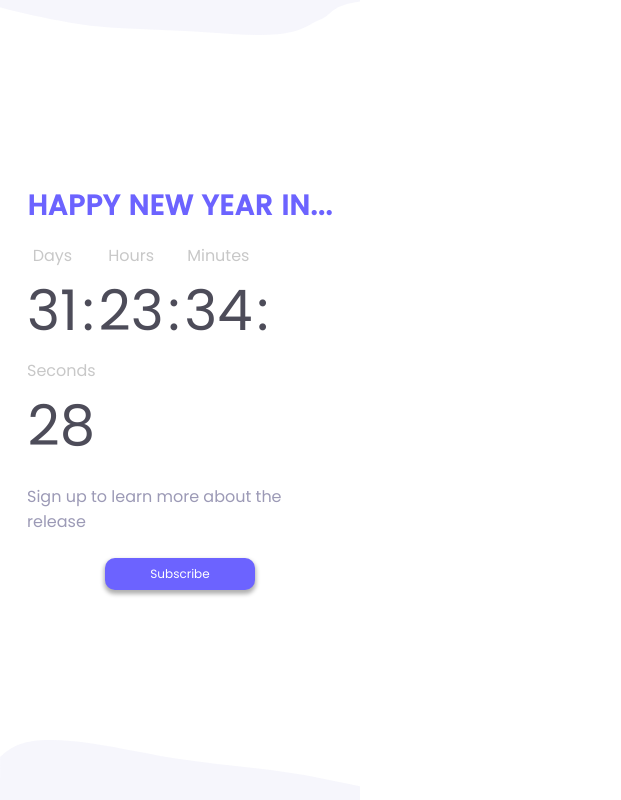
Repository: BrunoBross/countdown
Page: index.html
The author's editor kept a copy of each file at every save. The page is drawn from the files as they stood at one save, then again after the next save.
The browser window is 360 px wide. The page is 360 px wide, then 621 px, then 360 px, so the pictures cover 621 px, including what lies to the right of the window. The pictures show the whole page.

Above is the page before, as saved 2021-11-30 01:35:22.

### index.html
<!DOCTYPE html>
<html lang="en">
<head>
  <meta charset="UTF-8">
  <meta http-equiv="X-UA-Compatible" content="IE=edge">
  <meta name="viewport" content="width=device-width, initial-scale=1.0">
  <link rel="shortcut icon" href="assets/rocket.svg" type="image/x-icon" />
  <title>Countdown</title>
  <link rel="stylesheet" href="./style.css">
  <link rel="preconnect" href="https://fonts.googleapis.com">
  <link rel="preconnect" href="https://fonts.gstatic.com" crossorigin>
  <link href="https://fonts.googleapis.com/css2?family=Poppins:wght@300;400;500&display=swap" rel="stylesheet">
</head>
<body>
  <div class="background">
    <img class="image" id="top" src="./assets/top-image.svg" alt="">
    <div class="center">
      <div class="content">
        <h1>HAPPY NEW YEAR IN...</h1>
        <div class="clock">
          <div class="time" id="days">
            <p>Days</p>
            <h1>00</h1>
          </div>
          <div class="time"><h1>:</h1></div>
          <div class="time" id="hours">
            <p>Hours</p>
            <h1>00</h1>
          </div>
          <div class="time"><h1>:</h1></div>
          <div class="time" id="minutes">
            <p>Minutes</p>
            <h1>00</h1>
          </div>
          <div class="time"><h1>:</h1></div>
          <div class="time" id="seconds">
            <p>Seconds</p>
            <h1>00</h1>
          </div>
        </div>
        <p>Sign up to learn more about the release</p>
        <button class="subscribe">Subscribe</button>
      </div>
      <img id="rocket" src="./assets/rocket.svg" alt="">
    </div>
    <img class="image" id="bottom" src="./assets/bottom-image.svg" alt="">
  </div>
</body>

<script src="./script.js"></script>
</html>

### style.css
*{
  padding: 0;
  margin: 0;
}

body{
  background-color: #FFF;
}

.background{
  height: 100vh;
  display: flex;
  flex-direction: column;
  justify-content: space-between;
}

.center{
  padding: 0 4vw;
  display: flex;
  justify-content: space-between;
  flex-wrap: wrap;
  width: 100vw;
}

.image{
  width: 100vw;
}

.clock{
  margin: 2vh 0;
  display: flex;
  gap: 1.2vw;
  align-items: flex-end;
  flex-wrap: wrap;
}

.time{
  display: flex;
  flex-direction: column;
  justify-content: center;
  align-items: center;
}

.time > p{
  font-family: 'Poppins', 'sans-serif';
  color: #C8C8C8;
}

.time > h1{
  font-family: 'Poppins', 'sans-serif';
  color: #4D4C59;
  font-size: 7vh;
  font-weight: 400;
}

.content{
  width: 50vw;
  display: flex;
  flex-direction: column;
  justify-content: center;
  align-items: center;
}

.content > h1{
  color: #6C63FF;
  font-family: 'Poppins', 'sans-serif';
  font-weight: 700;
  font-size: 4vh;
  letter-spacing: 0.2vw;
}

.content > p{
  font-family: 'Poppins', 'sans-serif';
  font-weight: 400;
  color: #9C9AB6;
}

.subscribe{
  margin-top: 3vh;
  width: 150px;
  height: 4vh;
  border: none;
  background-color: #6C63FF;
  border-radius: 10px;
  font-family: 'Poppins', 'sans-serif';
  font-weight: 400;
  font-size: 1.5vh;
  color: #FFF;
  box-shadow: 0 3px 4px 1px #00000050;
  cursor: pointer;
  transition: 0.2s;
}

.subscribe:hover{
  filter: brightness(0.9);
}

@media only screen and (max-width: 375px) {
  #rocket{
    display: none;
  }

  .center{
    justify-content: center;
    padding: 0;
  }

  .content{
    width: 85vw;
  }

  .content > h1{
    font-size: 3.5vh;
  }

  .background{
    height: 100vh;
  }
}

@media only screen and (max-width: 360px) {
  .content > p{
    font-size: 2vh;
  }
}

### script.js
// Set the date we're counting down to
var countDownDate = new Date("Jan 1, 2022 00:00:00").getTime();

// Update the count down every 1 second
var x = setInterval(function() {

  // Get today's date and time
  var now = new Date().getTime();

  // Find the distance between now and the count down date
  var distance = countDownDate - now;

  // Time calculations for days, hours, minutes and seconds
  var days = Math.floor(distance / (1000 * 60 * 60 * 24));
  var hours = Math.floor((distance % (1000 * 60 * 60 * 24)) / (1000 * 60 * 60));
  var minutes = Math.floor((distance % (1000 * 60 * 60)) / (1000 * 60));
  var seconds = Math.floor((distance % (1000 * 60)) / 1000);
  if(String(days).length == 1){
    days = '0'+days
  }
  if(String(hours).length == 1){
    hours = '0'+hours
  }
  if(String(minutes).length == 1){
    minutes = '0'+minutes
  }
  if(String(seconds).length == 1){
    seconds = '0'+seconds
  }

  // Display the result in the element with id="demo"
  document.querySelector("#days > h1").innerHTML = days
  document.querySelector("#hours > h1").innerHTML = hours
  document.querySelector("#minutes > h1").innerHTML = minutes
  document.querySelector("#seconds > h1").innerHTML = seconds

  // If the count down is finished, write some text
  if (distance < 0) {
    clearInterval(x);
    document.querySelector(".content > h1").innerHTML = "NEW YEAR!!";
  }
}, 1000);

After the next save:
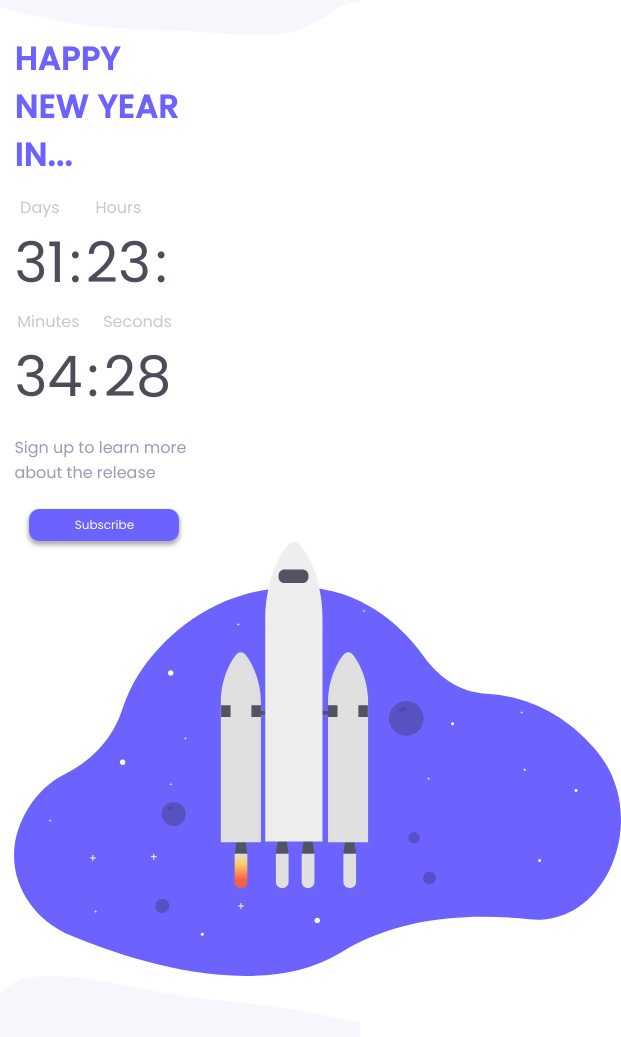
Saved 100 s later.
--- a/style.css
+++ b/style.css
@@ -94,32 +94,3 @@ body{
 .subscribe:hover{
   filter: brightness(0.9);
 }
-
-@media only screen and (max-width: 375px) {
-  #rocket{
-    display: none;
-  }
-
-  .center{
-    justify-content: center;
-    padding: 0;
-  }
-
-  .content{
-    width: 85vw;
-  }
-
-  .content > h1{
-    font-size: 3.5vh;
-  }
-
-  .background{
-    height: 100vh;
-  }
-}
-
-@media only screen and (max-width: 360px) {
-  .content > p{
-    font-size: 2vh;
-  }
-}

After the save that followed:
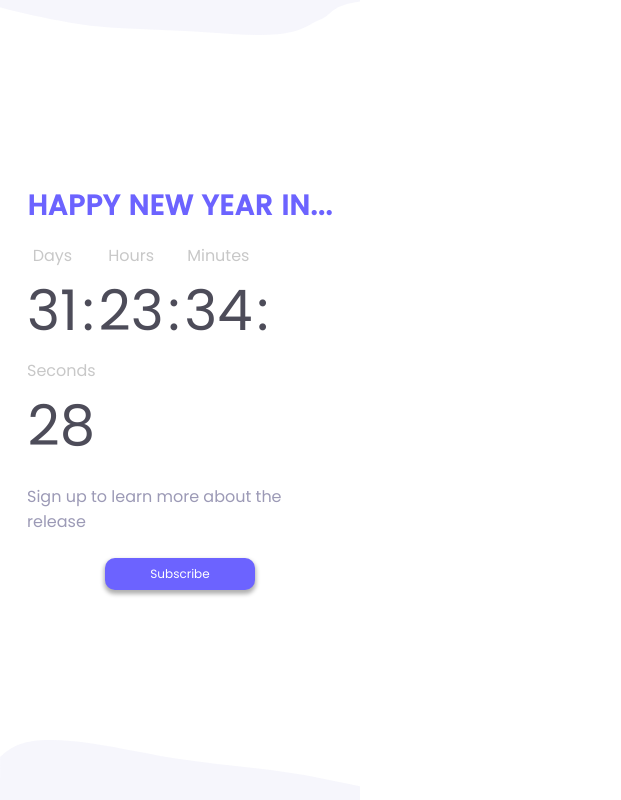
Saved 4 s later.
--- a/style.css
+++ b/style.css
@@ -94,3 +94,32 @@ body{
 .subscribe:hover{
   filter: brightness(0.9);
 }
+
+@media only screen and (max-width: 375px) {
+  #rocket{
+    display: none;
+  }
+
+  .center{
+    justify-content: center;
+    padding: 0;
+  }
+
+  .content{
+    width: 85vw;
+  }
+
+  .content > h1{
+    font-size: 3.5vh;
+  }
+
+  .background{
+    height: 100vh;
+  }
+}
+
+@media only screen and (max-width: 360px) {
+  .content > p{
+    font-size: 2vh;
+  }
+}
